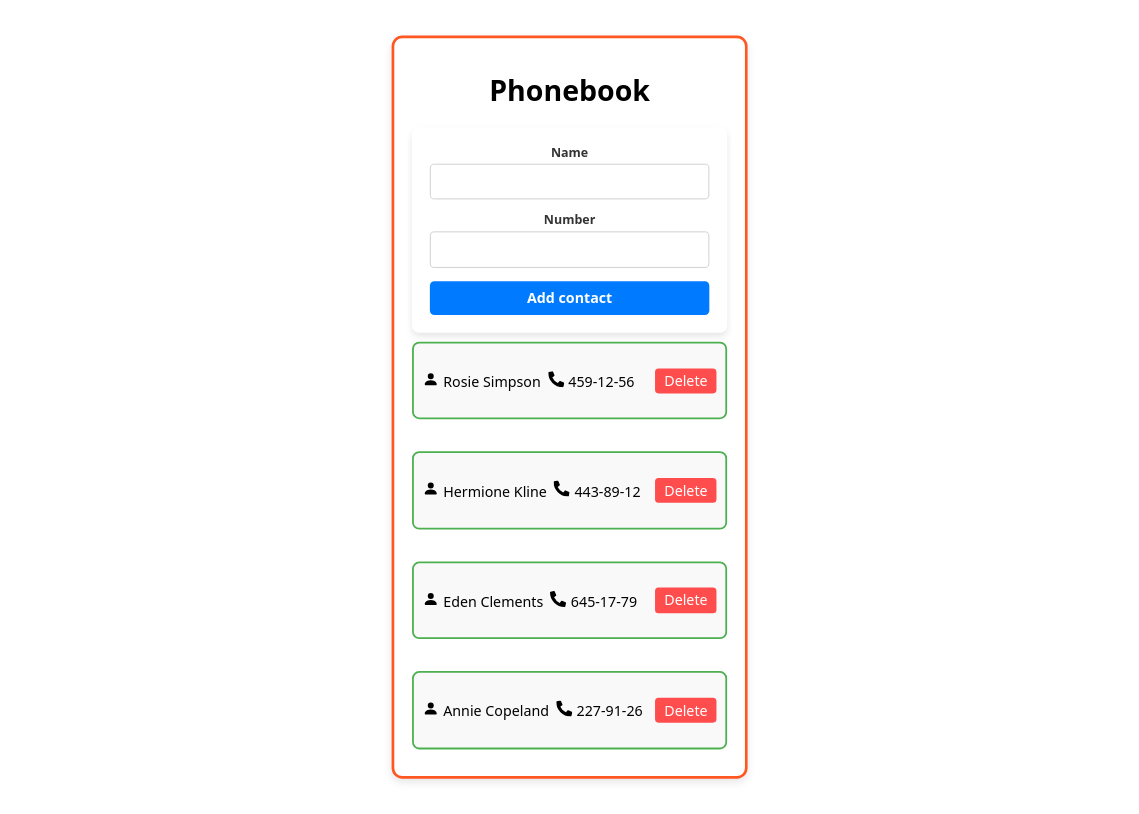
Repository: Evgeniya-Tishakova/goit-react-hw-03
Page: /
These files come from the project's save history. The page is drawn as it stood at one moment and after the next save; the edit follows.
The browser window is 1280 px wide. The pictures show the whole page, at 89% of full size.
The project was rebuilt for these pictures with package versions that can differ from the ones it lists, and the page was loaded fresh each time. Also part of the build but not shown: vite.config.js, src/index.css.

Above is the page before, as saved 2025-03-09 15:28:57.

After the next save:
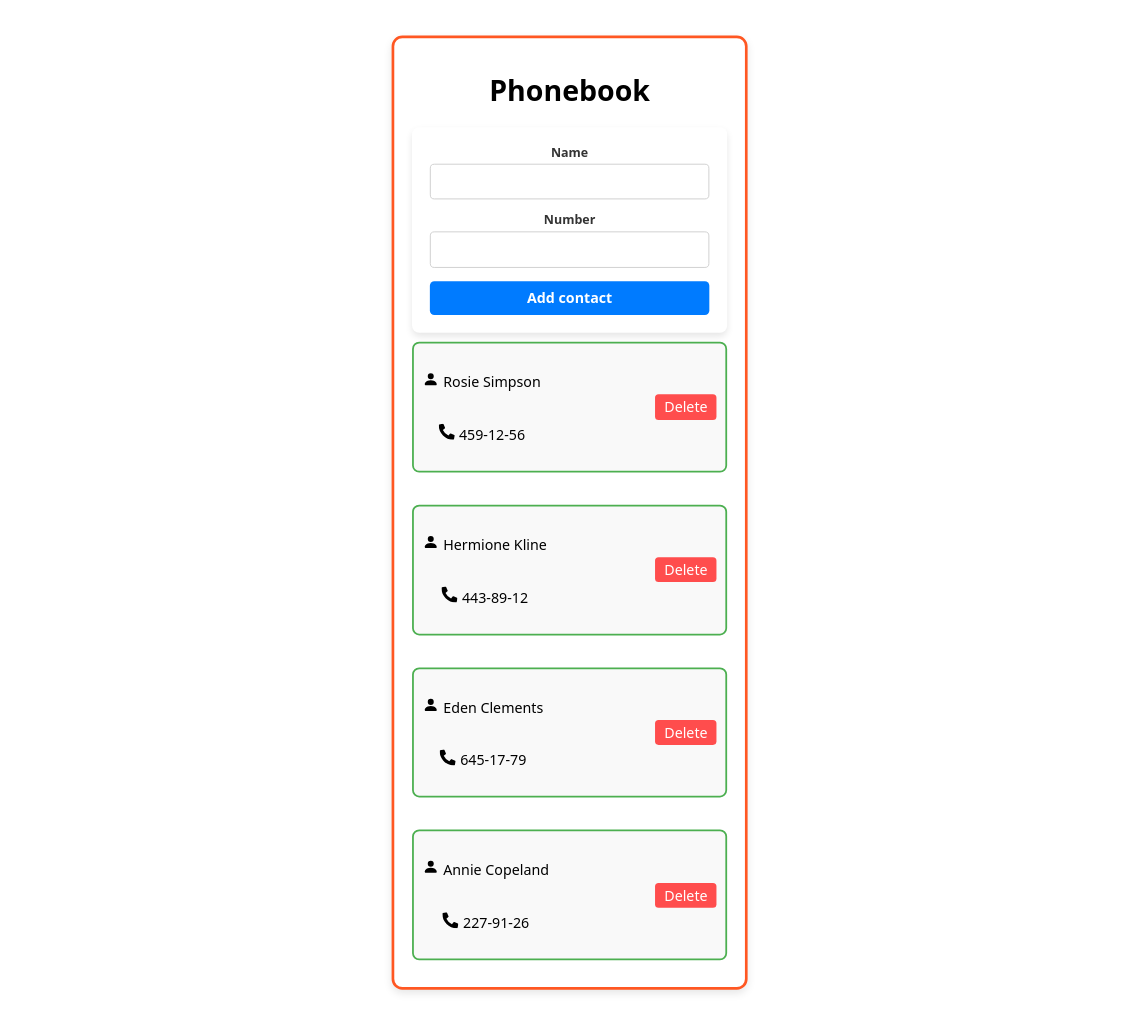
Saved 47 s later.
--- a/src/components/Contact/Contact.module.css
+++ b/src/components/Contact/Contact.module.css
@@ -1,8 +1,9 @@
 .container {
     display: flex;
-    align-items: center;
+    flex-direction: column;
+    gap: 6px;
     margin: 5px 0;
-    gap: 8px;
+
 }
 
 
